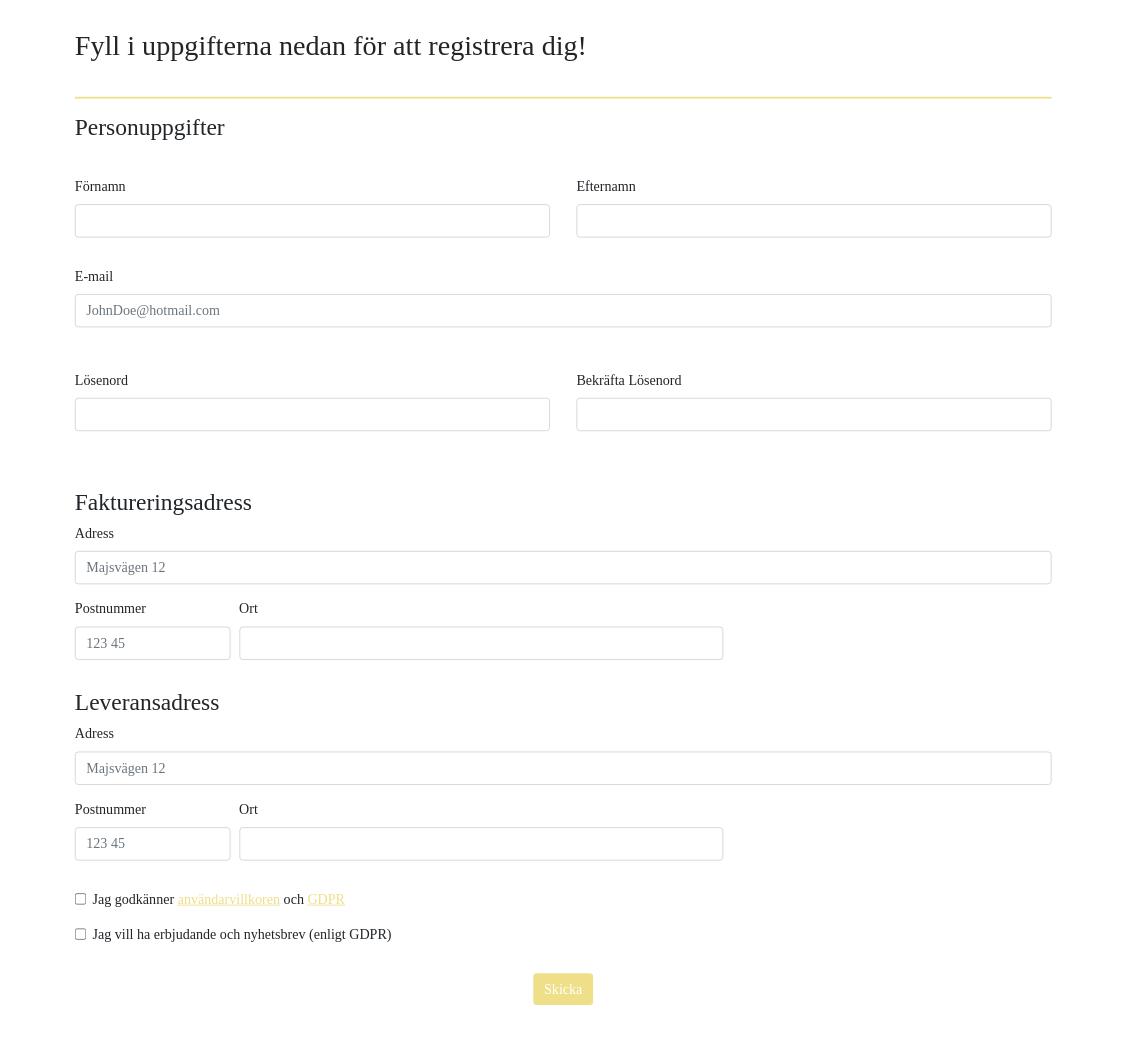
Repository: skepp4rn/Liamsuppgift3
Page: index.html
An editor plug-in stored every save of this project. The page is shown before and after the next save, followed by the edit.
The browser window is 1280 px wide. The pictures show the whole page, at 88% of full size.
Some web libraries are served in a nearby version.

Above is the page before, as saved 2020-12-06 13:30:34.
Console error (its wording comes from the project's code and is left out).

After the next save:
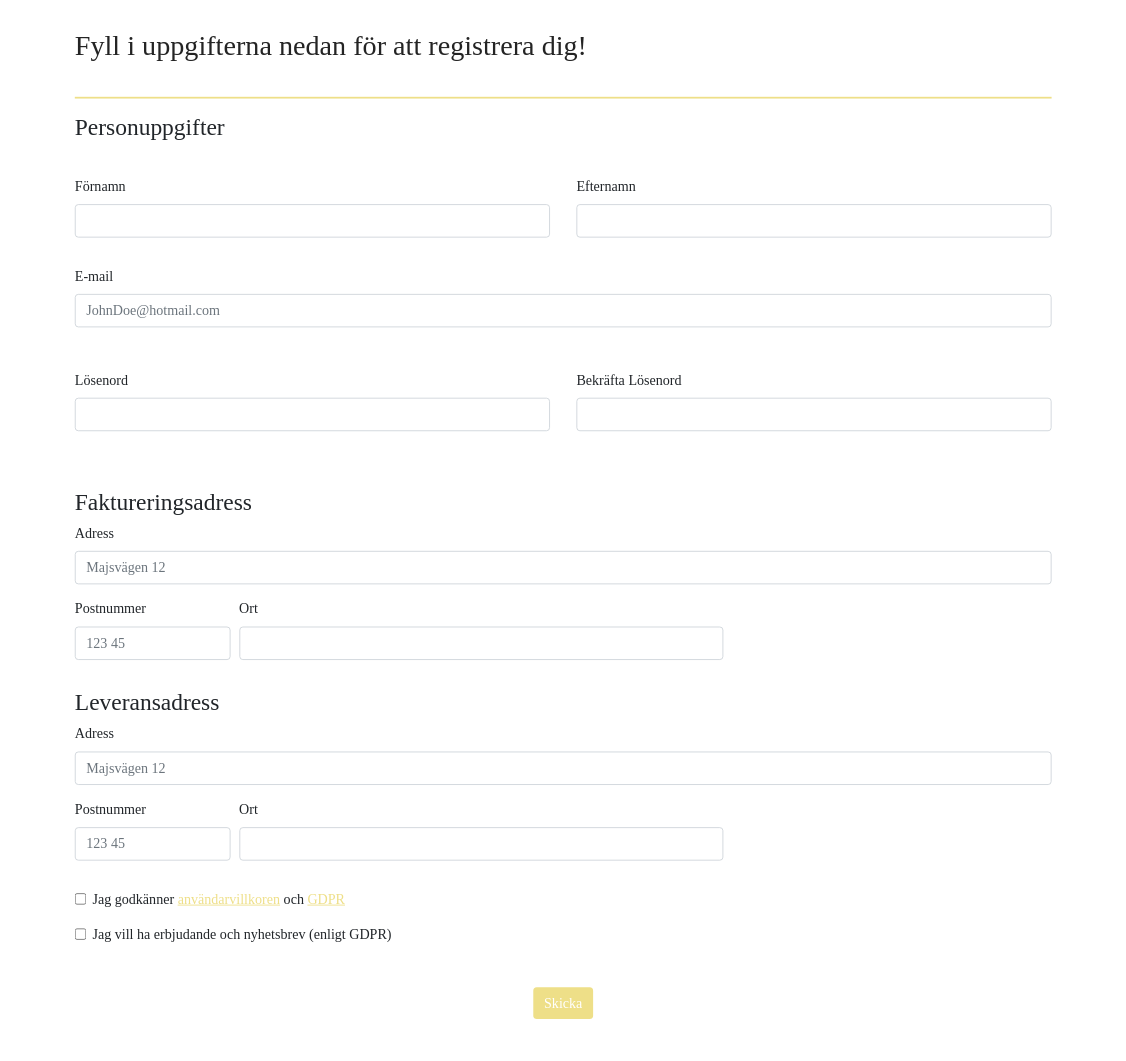
Saved 8 s later.
--- a/css/style.css
+++ b/css/style.css
@@ -18,7 +18,7 @@ h3{font-size:20pt}.container{width:95vw;margin:auto}
 #exampleInputEmail1{color:#b6b6b6}
 #exampleInputPassword1{color:#b6b6b6}
 #exampleInputPassword2{color:#b6b6b6}
-.button-center{padding-top:1rem;display:flex;justify-content:center}
+.button-center{padding-top:2rem;display:flex;justify-content:center}
 .colorbutton{background-color:#eedf88;border:none}
 .line1{height:2px;background-color:#eedf88;margin-bottom:1rem}
 .bottom{margin-bottom:2rem}
